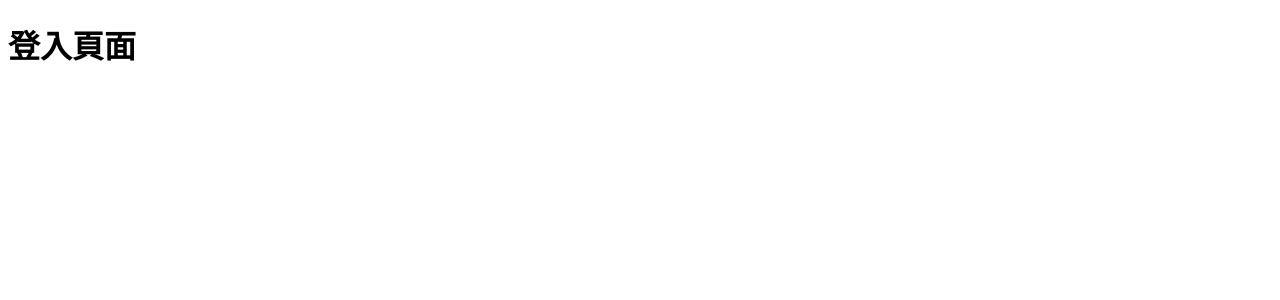
Repository: MoYan0422/HibernateDemo
Page: http://localhost/Hibernate_web/ligin.jsp
The author's editor kept a copy of each file at every save. The page is drawn from the files as they stood at one save, then again after the next save.
The browser window is 1280 px wide. The pictures show the whole page.
The page is served by Tomcat 9. Nobody is signed in. The application's start-up code is not run.

Above is the page before, as saved 2022-08-17 07:22:03.

After the next save:
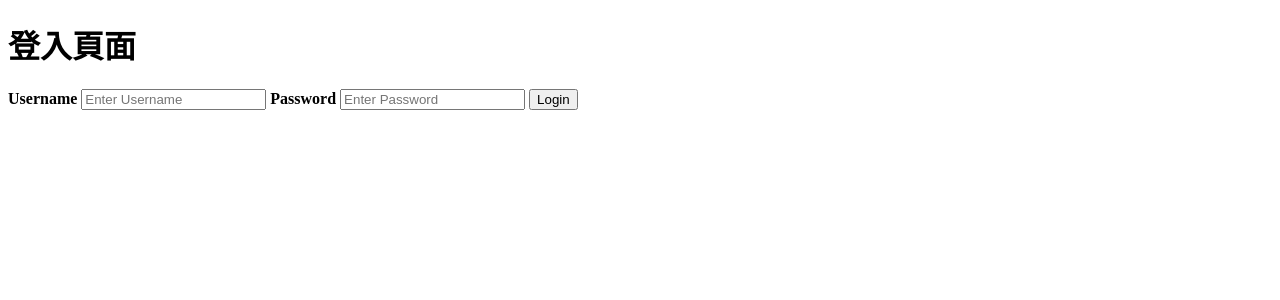
Saved 3 min 38 s later.
--- a/Hibernate_web/src/main/webapp/ligin.jsp
+++ b/Hibernate_web/src/main/webapp/ligin.jsp
@@ -8,5 +8,18 @@
 </head>
 <body>
 <h1>登入頁面</h1>
+<form action="checkLogin" method="post">
+
+  <div class="container">
+    <label for="uname"><b>Username</b></label>
+    <input type="text" placeholder="Enter Username" name="uname" required>
+
+    <label for="psw"><b>Password</b></label>
+    <input type="password" placeholder="Enter Password" name="psw" required>
+
+    <button type="submit">Login</button>
+  </div>
+
+</form>
 </body>
 </html>
